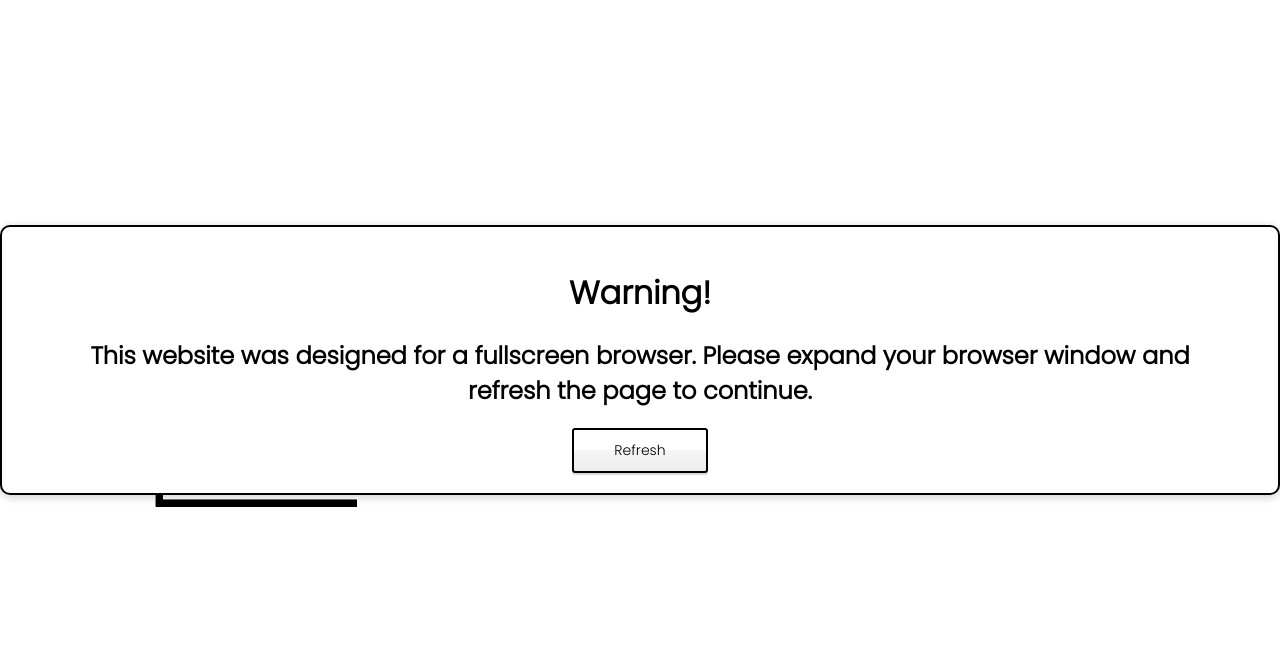
Repository: notMaximilian/maximilianaquino.github.io
Page: index.html
An editor plug-in stored every save of this project. The page is shown before and after the next save, followed by the edit.
The browser window is 1280 px wide. The pictures show the whole page.

Above is the page before, as saved 2022-02-04 09:38:29.
Console error: TypeError: Cannot read properties of null (reading 'style')

After the next save:
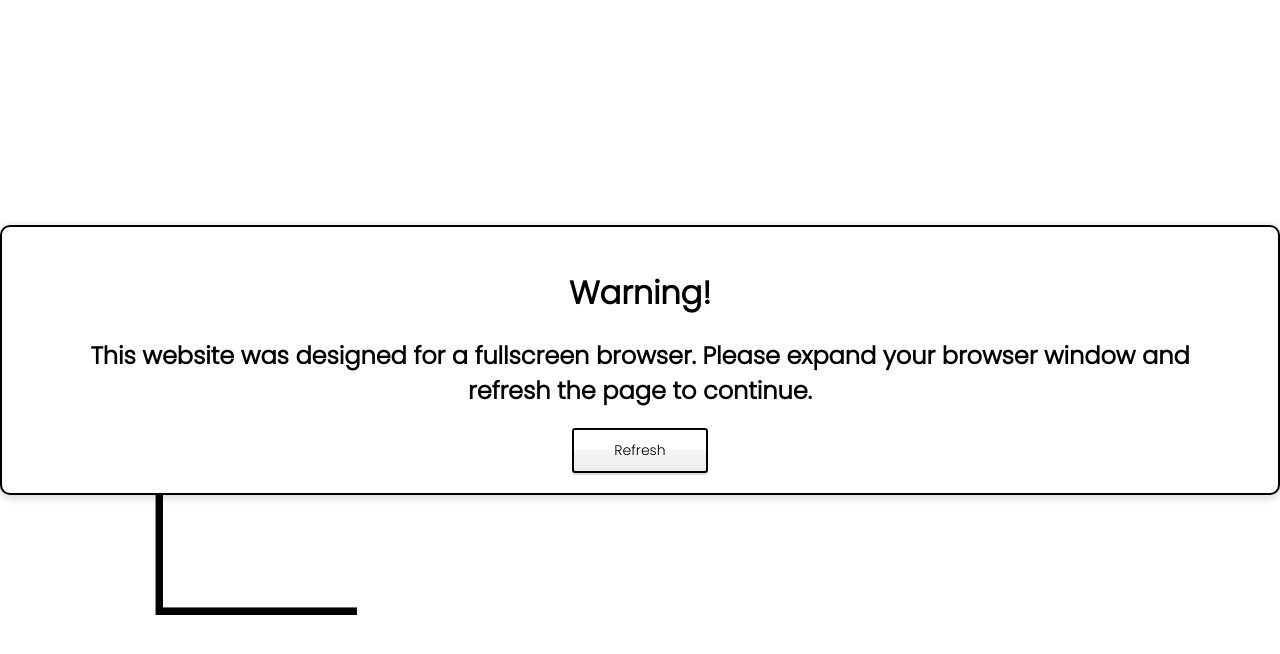
Saved 20 s later.
--- a/css/main.css
+++ b/css/main.css
@@ -170,5 +170,5 @@ body {
 .corners{
   width: 16vw;
   height: auto;
-  transform: translate(-30vw, 5vh);
+  transform: translate(-30vw, 20vh);
 }
